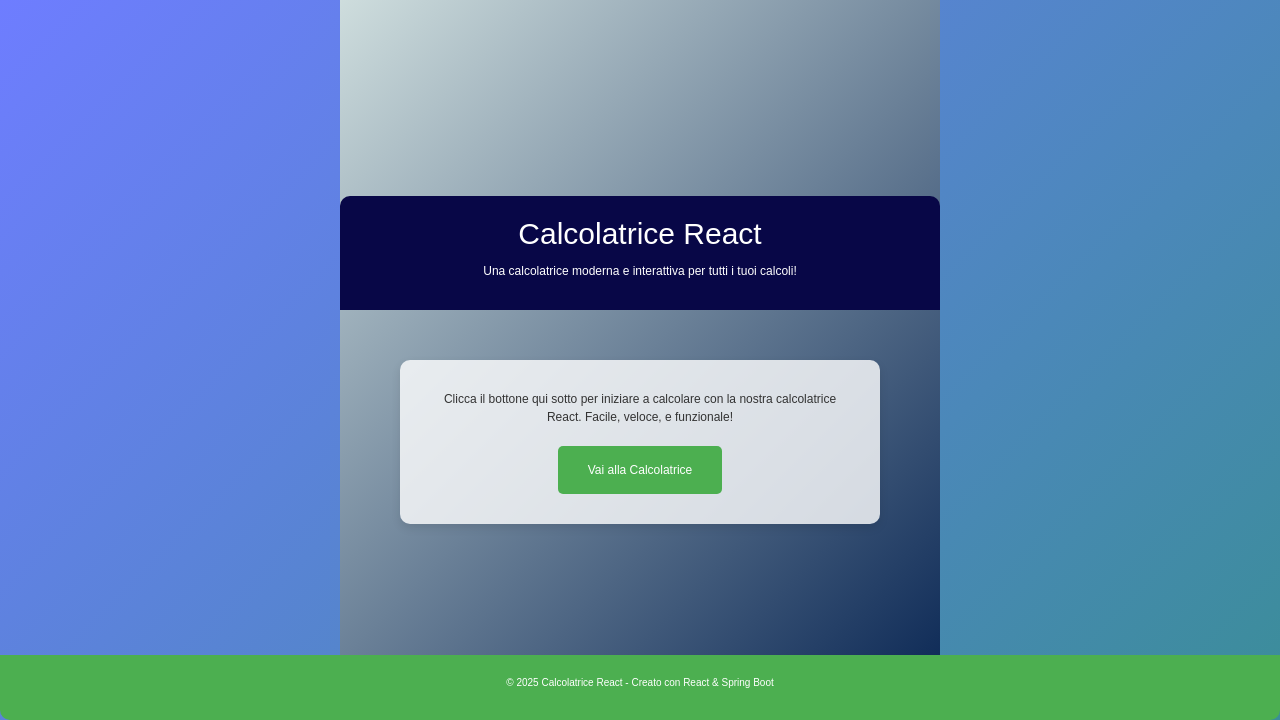
Repository: Probyte5D/Calcolatrice-FullStack
Page: / (app in frontend/)
The author's editor kept a copy of each file at every save. The page is drawn from the files as they stood at one save, then again after the next save.
The browser window is 1280 px wide. The pictures show the whole page.
The project was rebuilt for these pictures with package versions that can differ from the ones it lists, and the page was loaded fresh each time. Also part of the build but not shown: frontend/src/App.css, frontend/src/components/Calculator.js.

Above is the page before, as saved 2025-04-19 17:17:22.

After the next save:
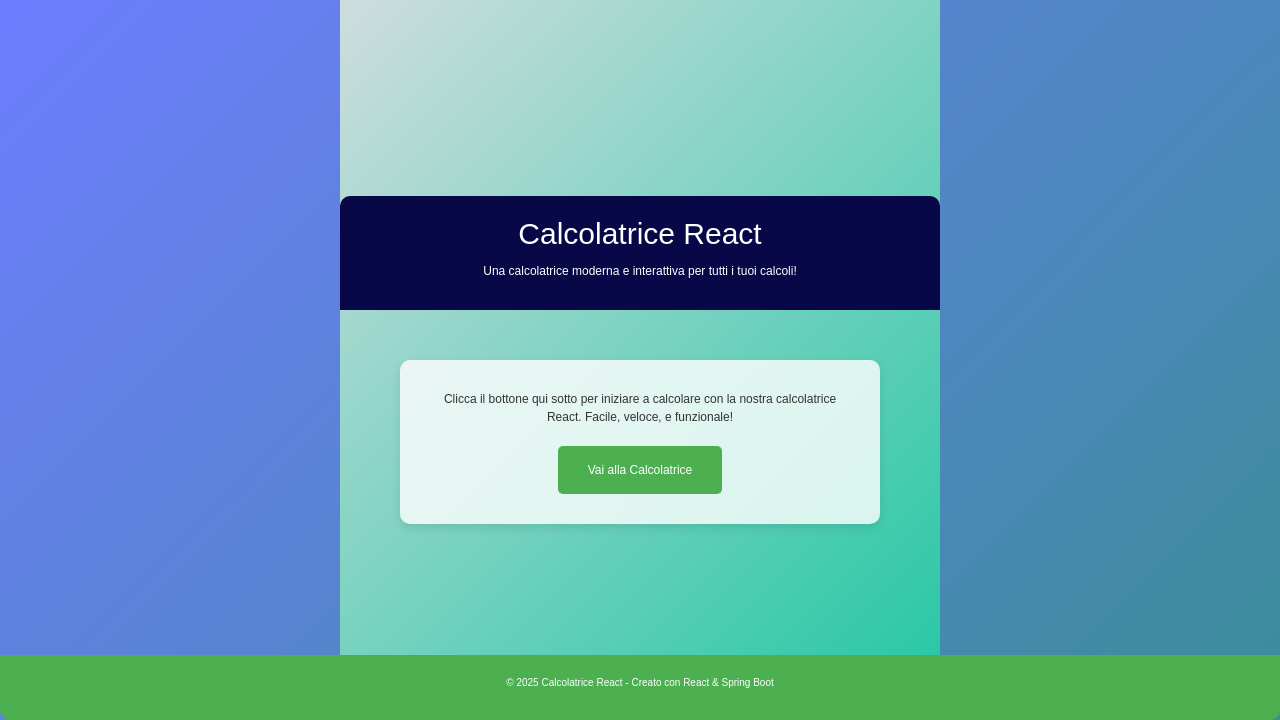
Saved 5 s later.
--- a/frontend/src/components/HomePage.css
+++ b/frontend/src/components/HomePage.css
@@ -3,7 +3,7 @@
 /* Impostazioni di base */
 .home-page {
   font-family: 'Arial', sans-serif;
-  background: linear-gradient(135deg, #cedddd, #072452);
+  background: linear-gradient(135deg, #cedddd, #22c7a3);
   min-height: 100vh;
   display: flex;
   flex-direction: column;
